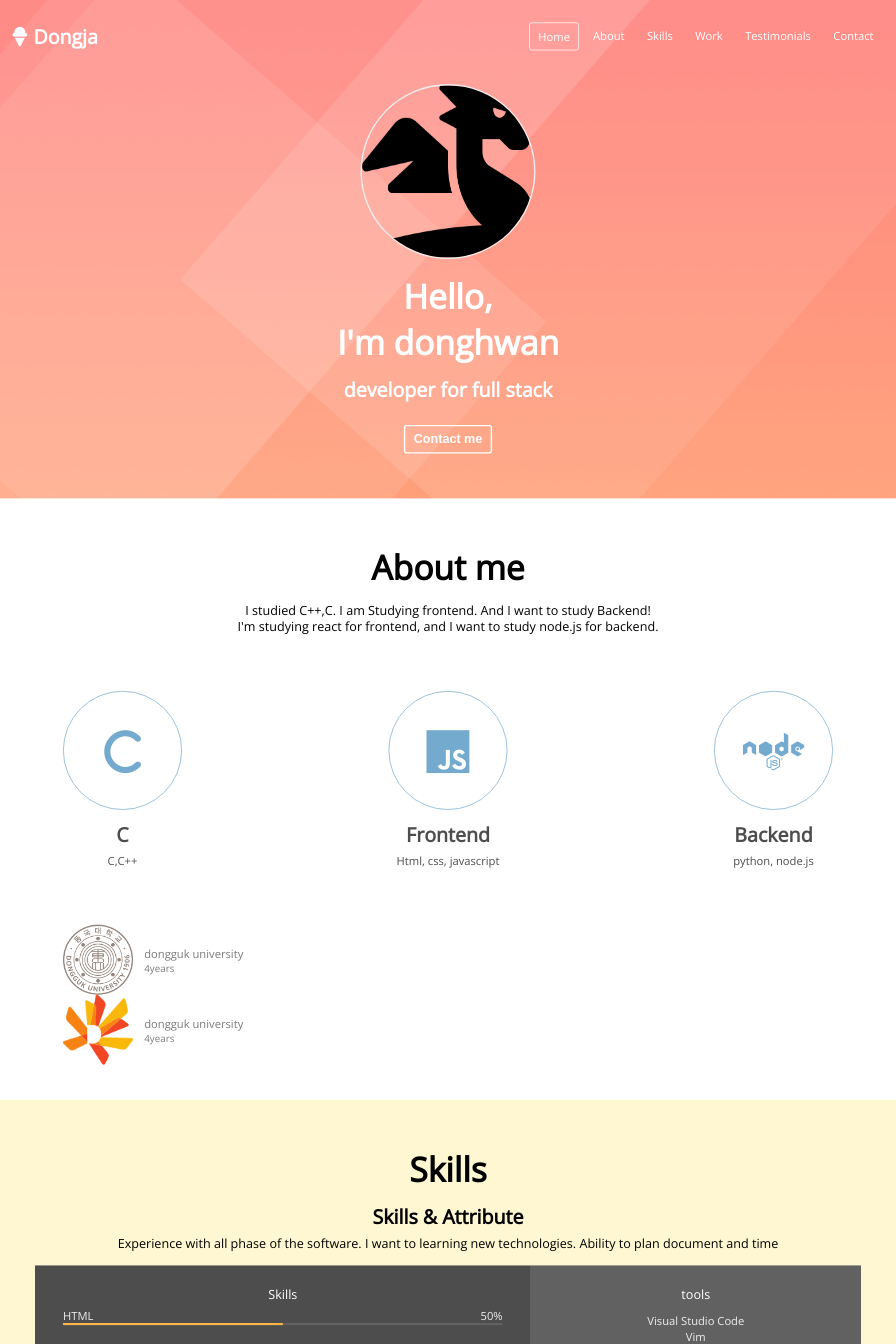
Repository: DongjaJ/portfolio
Page: index.html
These files come from the project's save history. The page is drawn as it stood at one moment and after the next save; the edit follows.
The browser window is 1280 px wide. The pictures show the part of the page from y = 0 to 1920 px (the page is 3784 px tall), at 70% of full size.
Some web libraries are served in a nearby version.

Above is the page before, as saved 2023-04-18 22:10:32.

After the next save:
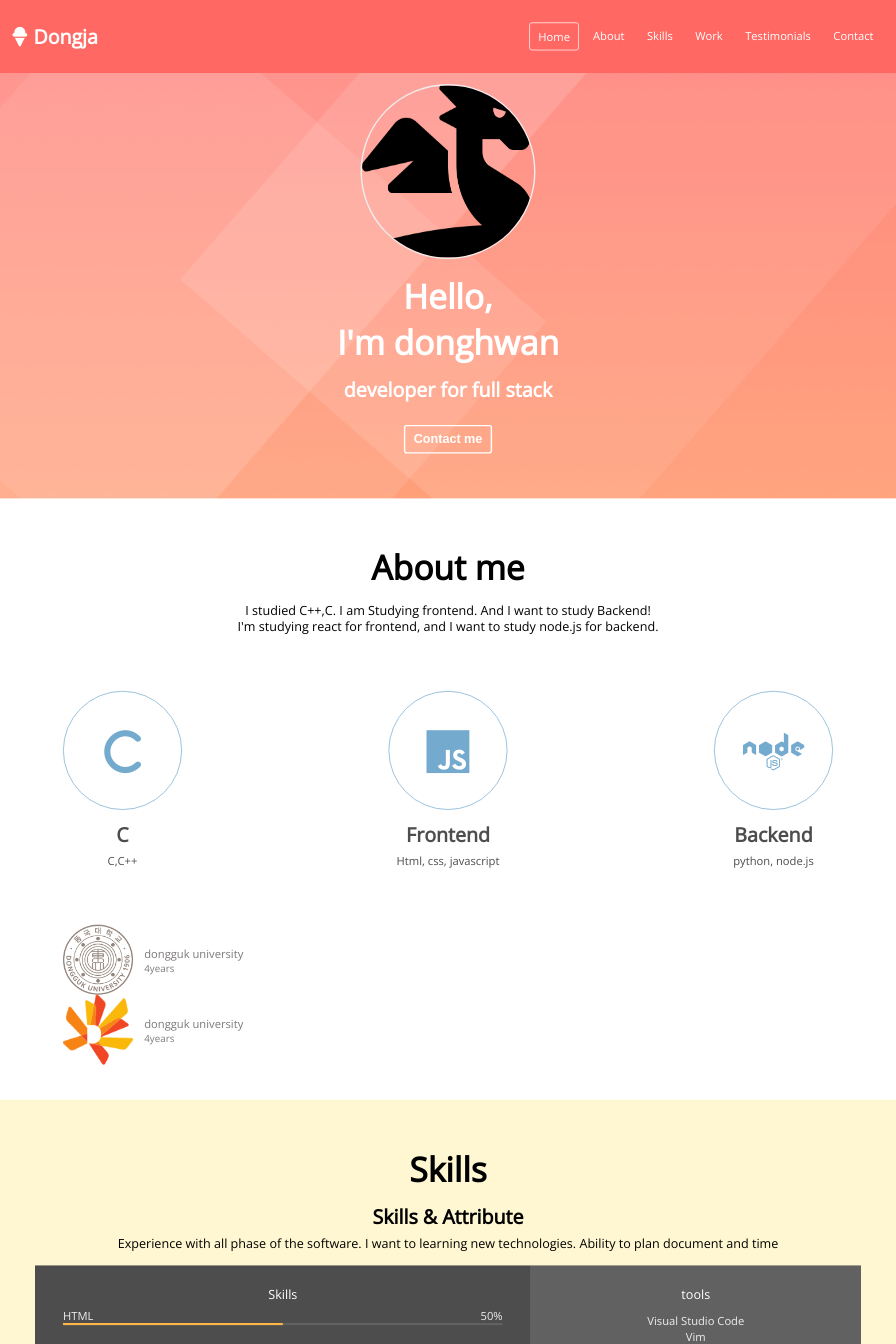
Saved 20 s later.
--- a/main.js
+++ b/main.js
@@ -5,7 +5,7 @@
 
 document.addEventListener('scroll', () => {
 	console.log(navBarHeight);
-	// navbar.style.backgroundColor = '#ff6863';
+	navbar.style.backgroundColor = '#ff6863';
 });
 
 document.addEventListener('scrollend', () => {
